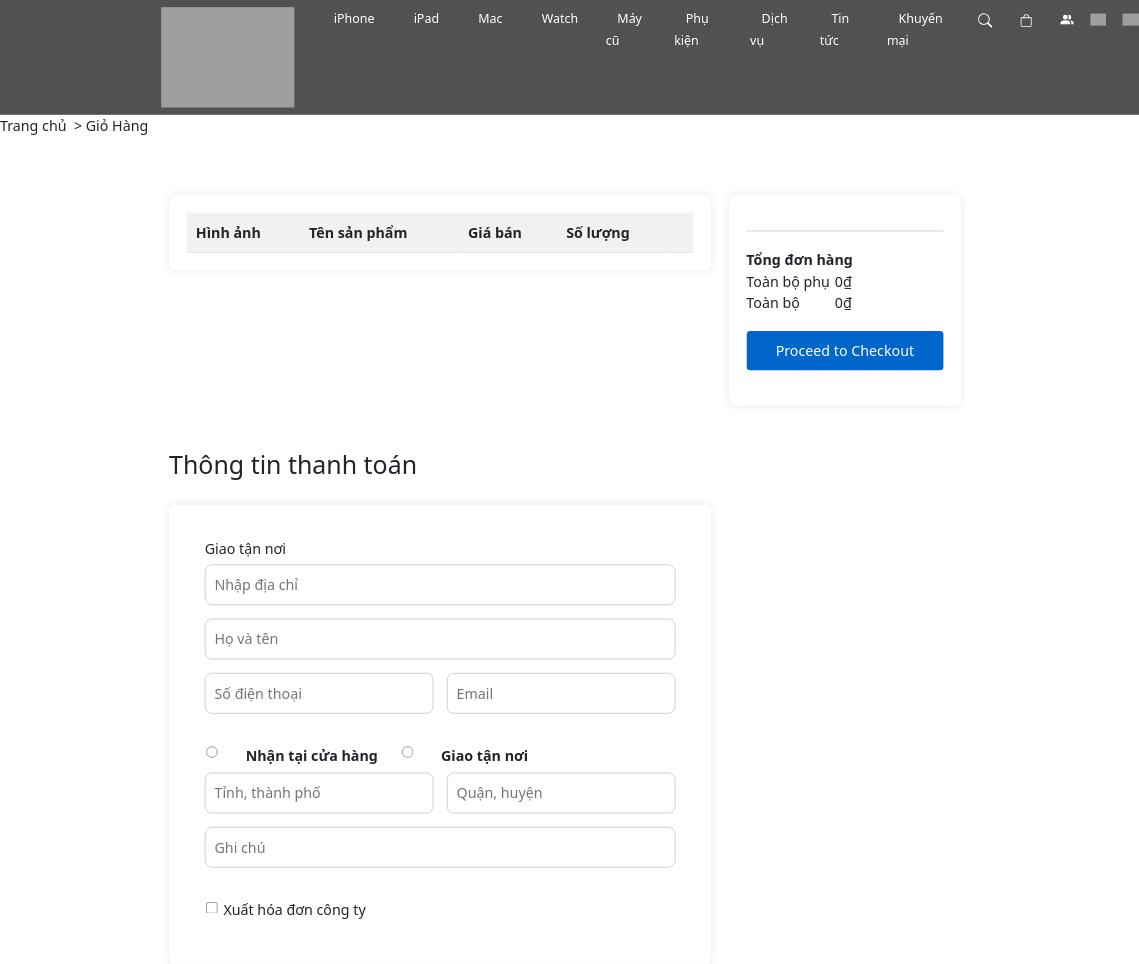
Repository: 20092004nam2k4/FE-ShopDunk
Page: /cart
These files come from the project's save history. The page is drawn as it stood at one moment and after the next save; the edit follows.
The browser window is 1280 px wide. The pictures show the whole page, at 89% of full size.
Pictures or frames that could not be fetched are drawn as grey boxes. The page's requests for data from a server got no answer. The project was rebuilt for these pictures with package versions that can differ from the ones it lists, and the page was loaded fresh each time. No one was signed in, and anything a server would have sent is missing. Also part of the build but not shown: src/component/common/SlideImage.css, src/component/common/SlideImage.js, src/component/product/ProductCart.css, src/component/product/ProductList.js, src/component/product/ProductDetail.css, src/component/product/ProductDetail.js, src/component/user/LoginUser.js, src/component/user/UserProfile.js and 3 more.

Above is the page before, as saved 2024-06-14 12:11:11.

### src/App.js
import React from "react";
import { BrowserRouter as Router, Route, Routes } from "react-router-dom";
import Navbar from "./component/common/Navbar";
import SlideImage from "./component/common/SlideImage";
import ProductList from "./component/product/ProductList";
import CartPage from "./component/cart/CartPage";
import ProductDetail from "./component/product/ProductDetail";
import LoginUser from "./component/user/LoginUser";
import UserProfile from "./component/user/UserProfile";
import { AuthProvider } from "./context/AuthContext";
import RegisterUser from "./component/user/UserRegister";
import CategoryProducts from "./component/product/CategoryProducts"; // Import the new component

function App() {
  return (
    <AuthProvider>
      <Router>
        <div className="App">
          <Navbar />
          <Routes>
            <Route
              path="/"
              element={
                <>
                  <SlideImage />
                  <ProductList />
                </>
              }
            />
            <Route path="/cart" element={<CartPage />} />
            <Route path="/product/:id" element={<ProductDetail />} />
            <Route path="/register" element={<RegisterUser />} />
            <Route path="/login" element={<LoginUser />} />
            <Route path="/profile" element={<UserProfile />} />
            <Route
              path="/category/:categoryId"
              element={<CategoryProducts />}
            />{" "}
            {/* Add this line */}
          </Routes>
        </div>
      </Router>
    </AuthProvider>
  );
}

export default App;

### src/context/AuthContext.js
import React, { createContext, useState, useEffect } from "react";

export const AuthContext = createContext();

export const AuthProvider = ({ children }) => {
  const [isLoggedIn, setIsLoggedIn] = useState(false);
  const [user, setUser] = useState(null);

  useEffect(() => {
    const storedUser = localStorage.getItem("user");
    if (storedUser) {
      setIsLoggedIn(true);
      setUser(JSON.parse(storedUser));
    }
  }, []);

  const login = (userData) => {
    setIsLoggedIn(true);
    setUser(userData);
    localStorage.setItem("user", JSON.stringify(userData));
  };

  const logout = () => {
    setIsLoggedIn(false);
    setUser(null);
    localStorage.removeItem("user");
  };

  return (
    <AuthContext.Provider value={{ isLoggedIn, user, login, logout }}>
      {children}
    </AuthContext.Provider>
  );
};

### src/component/common/Navbar.css
.navbar {
  background-color: #515154;
  padding: 10px;
  position: relative; /* Thêm thuộc tính position relative */
}

.navbar-links {
  list-style: none;
  display: flex;
  justify-content: center;
  max-width: 1400px;
  margin: 0;
padding-left: 150px;
 position: relative; /* Thêm thuộc tính position relative */
  z-index: 1; /* Đảm bảo navbar hiển thị trên cùng */
}

.navbar-links li {
  padding-left: 18px;
}

.navbar-links a {
  color: white;
  text-decoration: none;
  padding: 10px 13px 25px;
  transition: background-color 0.3s;
  font-size: 14px;
}

.navbar-links a:hover {
  background-color: #6a6969;
}

.imageIcon {
  width: 150px;
}

.icon-bag,
.icon-people,
.icon-search {
  color: white;
  height: 30px;
}

.imageIconVN {
  height: 14px;
}

.dropdown-menu {
  position: absolute;
  top: 100%; /* Hiển thị menu dropdown bên dưới navbar */
  left: 0;
  background-color: #515154;
  min-width: 200px; /* Độ rộng tối thiểu của dropdown menu */
  z-index: 10; /* Đảm bảo menu dropdown hiển thị trên cùng */
  box-shadow: 0px 8px 16px rgba(0, 0, 0, 0.2); /* Đổ bóng cho dropdown menu */
  display: none; /* Ẩn dropdown menu mặc định */
}

.dropdown-menu.active {
  display: block; /* Hiển thị dropdown menu khi active */
}

.dropdown-menu a {
  color: white;
  text-decoration: none;
  padding: 15px;
  display: block;
  transition: background-color 0.3s;
}

.dropdown-menu a:hover {
  background-color: #7f7d7d;
}

### src/component/cart/CartPage.css
/* General styles for the cart page */
.tong {
    display: flex;
    justify-content: center;
    align-items: flex-start;
    padding-top: 50px;
    padding-left: 90px;
    padding-right: 100px;
    gap: 20px; /* Add gap between left and right sections */
    margin: 0 100px; /* Adjust left and right margins to 100px */
    max-width: 1400px; /* Set a maximum width for the container */
}

.left {
    width: 70%; /* Increase width to 70% */
    background-color: #fff; /* Add background color for clarity */
    padding: 20px; /* Add padding for spacing */
    box-shadow: 0 0 10px rgba(0, 0, 0, 0.1); /* Add box shadow for aesthetics */
    border-radius: 8px; /* Add border radius for rounded corners */
}

.right {
    width: 30%; /* Adjust width to 30% */
    background-color: #fff; /* Add background color for clarity */
    padding: 20px; /* Add padding for spacing */
    box-shadow: 0 0 10px rgba(0, 0, 0, 0.1); /* Add box shadow for aesthetics */
    border-radius: 8px; /* Add border radius for rounded corners */
}

.table-wrapper {
    overflow-x: auto;
    margin-bottom: 20px;
}

.cart {
    width: 100%;
    border-collapse: collapse;
}

.cart th,
.cart td {
    padding: 10px;
    text-align: left;
    border-bottom: 1px solid #ddd;
}

.cart th {
    background-color: #f1f1f1;
}

.cart img {
    max-width: 80px;
    height: auto;
}

.product-name {
    font-weight: bold;
    color: #333;
    text-decoration: none;
}

.product-name:hover {
    text-decoration: underline;
}

.attributes {
    font-size: 14px;
    color: #555;
}

.edit-item a {
    font-size: 14px;
    color: #0066cc;
}

.unit-price,
.subtotal {
    font-weight: bold;
    color: #333;
}

.qty-input {
    width: 40px;
    text-align: center;
    border: 1px solid #ddd;
    padding: 5px;
    margin: 0 5px;
}

.remove-btn {
    background: none;
    border: none;
    color: red;
    cursor: pointer;
}

.cart-options {
    margin-top: 20px;
}

.button {
    padding-top: 10px;
    display: inline-flex;
    float: right;
}

.common-buttons .button-2 {
    background-color: #5f5c5c;
    color: white;
    border: none;
    padding: 10px 20px;
    cursor: pointer;
    margin-right: 10px;
    border-radius: 5px;
}

.common-buttons .button-2:hover {
    background-color: #005bb5;
}

.footerMain {
    padding: 40px 0;
}

.footerMain .text-uppercase {
    text-transform: uppercase;
}

.footerMain .fw-bold {
    font-weight: bold;
}

.footerMain p {
    margin: 0;
    padding: 5px 0;
}

.footerMain a {
    color: #ffffff;
    text-decoration: none;
}

.footerMain a:hover {
    text-decoration: underline;
}

/* Styles for deals section */
.deals {
    margin-bottom: 20px;
}

/* Styles for coupon box */
.coupon-box {
    border: 1px solid #ccc;
    padding: 15px;
    background-color: #f9f9f9;
    width: 100%; /* Adjust width to 100% */
    box-sizing: border-box; /* Ensure padding is included in width */
    border-radius: 8px; /* Add border radius for rounded corners */
    box-shadow: 0 2px 4px rgba(0, 0, 0, 0.1); /* Add subtle shadow */
    margin-bottom: 20px; /* Add space below the coupon box */
}

.title {
    font-weight: bold;
    font-size: 18px;
    color: #333;
    margin-bottom: 10px; /* Add space below the title */
}

.hint {
    margin-top: 5px;
    color: #666;
    font-size: 14px;
}

/* Styles for coupon code input */
.coupon-code input {
    width: calc(100% - 20px); /* Adjust width to fit within the coupon box */
    margin-top: 10px;
    padding: 10px;
    border: 1px solid #ccc;
    border-radius: 4px; /* Add border radius */
    box-sizing: border-box; /* Ensure padding is included in width */
}

/* Styles for apply button */
.apply-discount-coupon-code-button {
    margin-top: 10px;
    padding: 10px;
    background-color: #0066CC;
    color: #fff;
    border: none;
    border-radius: 4px; /* Add border radius */
    cursor: pointer;
    width: 100%; /* Make button full-width */
}

.apply-discount-coupon-code-button:hover {
    background-color: #005bb5; /* Darken button color on hover */
}

/* Styles for totals section */
.totals {
    border-top: 1px solid #ccc;
    padding-top: 20px;
    margin-top: 20px;
}

/* Styles for total info */
.total-info {
    margin-bottom: 20px;
}

/* Styles for left side of total row */
.cart-total-left {
    padding-right: 10px;
    font-weight: bold;
}

/* Styles for total value */
.value-summary {
    font-weight: bold;
}

/* Styles for checkout buttons */
.checkout-buttons {
    margin-top: 20px;
}

/* Styles for checkout button */
.checkout-button {
    padding: 10px 20px;
    background-color: #0066CC;
    color: #fff;
    border: none;
    border-radius: 4px; /* Add border radius */
    cursor: pointer;
    width: 100%; /* Make button full-width */
    text-align: center; /* Center text */
}

.checkout-button:hover {
    background-color: #005bb5; /* Darken button color on hover */
}

/* Styles for note */
.note-ck {
    margin-top: 10px;
    font-size: 12px;
    color: red;
}
.remove-button {
    background: none;
    border: none;
    cursor: pointer;
    color: rgb(98, 97, 97); /* Customize as needed */
    font-size: 1.2em; /* Customize size as needed */
  }
  .tittle-header{
    margin-top: 20px;
    margin-left: 150px;
    background-color: #f1f1f1;
    margin-right: 200px;
    margin-bottom: -30px;
    padding-left: 15px;
  }
  .enter-address {
    padding: 20px;
}
.edit-address {
    margin-top: 20px;
}
.edit-address input[type="text"],
.edit-address select {
    width: 100%;
    padding: 10px;
    margin-bottom: 10px;
    border: 1px solid #ccc;
    border-radius: 5px;
}
.edit-address label {
    display: block;
    margin-bottom: 5px;
    font-weight: bold;
}
.edit-address input[type="radio"],
.edit-address label {
    margin-right: 10px;
}
.edit-address span {
    display: block;
    margin-top: 5px;
    font-style: italic;
}
.bg-white {
    background-color: #fff;
}
.left {
    width: 70%; /* Increase width to 70% */
    background-color: #fff; /* Add background color for clarity */
    padding: 20px; /* Add padding for spacing */
    box-shadow: 0 0 10px rgba(0, 0, 0, 0.1); /* Add box shadow for aesthetics */
    border-radius: 8px; /* Add border radius for rounded corners */
  }

  .tong-bot {
    display: flex;
    align-items: flex-start;
    gap: 20px; /* Add gap between left and right sections */
    margin: 0 100px; /* Adjust left and right margins to 100px */
    max-width: 1370px; /* Set a maximum width for the container */
    display: flex;
    align-items: flex-start;
    padding-top: 20px;
    padding-left: 90px;
    padding-right: 120px;
    gap: 20px; /* Add gap between left and right sections */
}

  .enter-address {
    display: flex;
    flex-direction: column;
  }

  .enter-address input,
  .enter-address select {
    width: 100%;
    margin-bottom: 15px;
    padding: 10px;
    border: 1px solid #ccc;
    border-radius: 8px;
  }

  .half-inputs {
    display: flex;
    gap: 15px;
  }

  .edit-address .delivery-method {
    display: flex;
    gap: 15px;
  }

  .edit-address input[type="checkbox"] {
    transform: scale(0.8);
    border-radius: 50%; /* Make the checkboxes round */
    width: 16px; /* Adjust the width */
    height: 16px; /* Adjust the height */
  }
  .edit-address input[type="radio"] {
    transform: scale(0.8);
    border-radius: 10%; /* Make the checkboxes round */
    width: 16px; /* Adjust the width */
    height: 16px; /* Adjust the height */
  }

  .edit-address .delivery-method input[type="checkbox"] {
    vertical-align: middle; /* Align checkboxes vertically */
  }
  .edit-address .delivery-method input[type="radio"] {
    vertical-align: middle; /* Align checkboxes vertically */
  }

  .edit-address .delivery-method label {
    vertical-align: middle; /* Align labels vertically */
    margin-left: 5px; /* Add space between checkbox and label */
  }
  .thanhtoan{
    padding-left: 190px;
    margin-top: 50px;
  }

### src/component/user/Login.css
body {
    font-family: sans-serif;
    /* display: flex; */
    justify-content: center;
    align-items: center;
    min-height: 100vh;
    background-color: #f5f5f5;
  }
  .userName-login{
    margin-top: 25px;
  }



  .left-side {
    width: 50%;
    display: flex;
    justify-content: center;
    align-items: center;
    margin-top: 90px;
  }

  .right-side {
    width: 50%;
    padding: 20px;
    margin-top: 90px;
  }

  .left-side img {
    width: 100%;
    max-width: 600px;
    height: 350px;
  }

  h2 {
    margin-bottom: 20px;
  }

  input[type="text"],
  input[type="password"] {
    width: 100%;
    padding: 10px;
    margin-bottom: 15px;
    border: 1px solid #ddd;
    border-radius: 10px;
    box-sizing: border-box;
  }

  input[type="checkbox"] {
    margin-right: 5px;
  }

  button {
    background-color: #007bff;
    color: #fff;
    padding: 10px 20px;
    border: none;
    border-radius: 3px;
    cursor: pointer;
    width: 100%;
  }

  .link {
    display: block;
    text-align: center;
    margin-top: 15px;
    color: #007bff;
    text-decoration: none;
  }

  .footerMain{
margin-top: 200px;
  }
  .textFooter{
    padding-left: 200px !important;
  }
  .textToRegister{
    margin-top: 15px;
  }

### src/component/user/UserProfile.css
    /* Reset CSS */
    * {
        box-sizing: border-box;
        margin: 0;
        padding: 0;
    }

    body {
        font-family: Arial, Helvetica, sans-serif;
        background-color: #f5f5f7; /* Updated background color */
    }

    .page-container {
        padding: 20px;
        background-color: #f5f5f7; /* Background color for the page */
    }

    .container {
        display: flex;
        justify-content: space-between;
        margin: 30px auto;
        width: 80%;
        /* gap: 30px;  */
    }

    .navigation {
        width: 25%;
        background-color: #fff;
        padding: 20px;
        border-radius: 10px;
        border: 1px solid #ddd; /* Border for left div */
        box-shadow: 0 0 10px rgba(0, 0, 0, 0.1); /* Optional: for a subtle shadow effect */
        margin-left: 50px;
    }

    .navigation ul {
        padding-left: 0; /* Reset padding */
        list-style: none; /* Remove bullet points */
    }

    .navigation li {
        padding: 10px 0;
        border-bottom: 1px solid #ddd;
    }

    .navigation li:last-child {
        border-bottom: none;
    }

    .navigation li a {
        color: #333;
        text-decoration: none;
        display: flex;
        align-items: center;
    }

    .navigation li a i {
        margin-right: 10px;
        font-size: 1.2em;
    }

    .form {
        width: calc(70% - 100px); /* Reduced width by 100px */
        background-color: #fff;
        padding: 20px;
        border-radius: 10px;
        border: 1px solid #ddd; /* Border for right div */
        box-shadow: 0 0 10px rgba(0, 0, 0, 0.1); /* Optional: for a subtle shadow effect */
        display: flex;
        flex-direction: column;
        height: calc(100% + 70px); /* Increased height by 70px */
        margin-right: 90px;
    }

    .form-row {
        display: flex;
        justify-content: space-between;
        align-items: center;
        margin-bottom: 15px;
    }

    .form-row label {
        flex: 1;
    }

    .form-row input,
    .form-row select {
        flex: 2;
        padding: 10px;
        border: 1px solid #ddd;
        border-radius: 5px;
    }

    .form-row .input-group {
        display: flex;
        flex-direction: column;
        margin-bottom: 15px;
    }

    .form-row .input-group input {
        margin-top: 10px;
    }

    .input-email {
        padding-left: 20px;
    }

    .input-gender {
        display: flex;
        align-items: center;
        padding-left: 20px;
    }

    .input-gender > div {
        display: flex;
        align-items: center;
        margin-right: 20px;
    }

    .input-gender label {
        margin-left: 5px;
        margin-right: 15px; /* Adjust spacing between the labels and inputs */
    }

    .form-row.birthday-row {
        display: flex;
        justify-content: space-between;
        align-items: center;
        margin-bottom: 15px;
    }

    .form-row.birthday-row label {
        flex: 1;
    }

    .form-row.birthday-row select {
        flex: 1;
        padding: 10px;
        border: 1px solid #ddd;
        border-radius: 5px;
    }

    .form button {
        background-color: #0066cc;
        color: white;
        padding: 10px 20px;
        border: none;
        border-radius: 5px;
        cursor: pointer;
        width: 124px;
        height: 43px;
        margin: 0 auto; /* Add this line to center the button */
        margin-top: 10px;
    }

    .newsletter {
        text-align: center;
        margin-top: 50px;
    }

    .footerMain {
        text-align: center;
        background-color: #333;
        color: #fff;
        padding: 10px 0;
    }

    .newsletter .input-group {
        width: auto;
        display: inline-flex;
        border-radius: 20px;
        margin-top: 20px;
    }

    .newsletter .input-group .form-control {
        width: 500px;
        height: 50px;
        border-radius: 20px;
    }

    .newsletter .input-group .btn {
        width: 100px;
        background-color: #0066cc;
        color: white;
        border: none;
        border-radius: 20px;
        height: 50px;

    }

    .text-email {
        margin-top: 21px;
    }
    .radio-male{
        margin-left: -48px;

    }
    .text-user{
        margin-right: 580px;
        padding-top: 17px;
    }
    .text-male{
        padding-top: 9px;
    margin-right: 234px;
    }
    .text-female{
        padding-top: 8px;
    }
    .email-info{
        padding-top: 10px;
    }
    .email-text{
        margin-bottom: 24px;
    }

Loaded but not shown: public/index.html (common file); src/index.js (common file); src/component/cart/CartPage.js (246 lines, source omitted); src/component/common/Navbar.js (93 lines, source omitted)

After the next save:
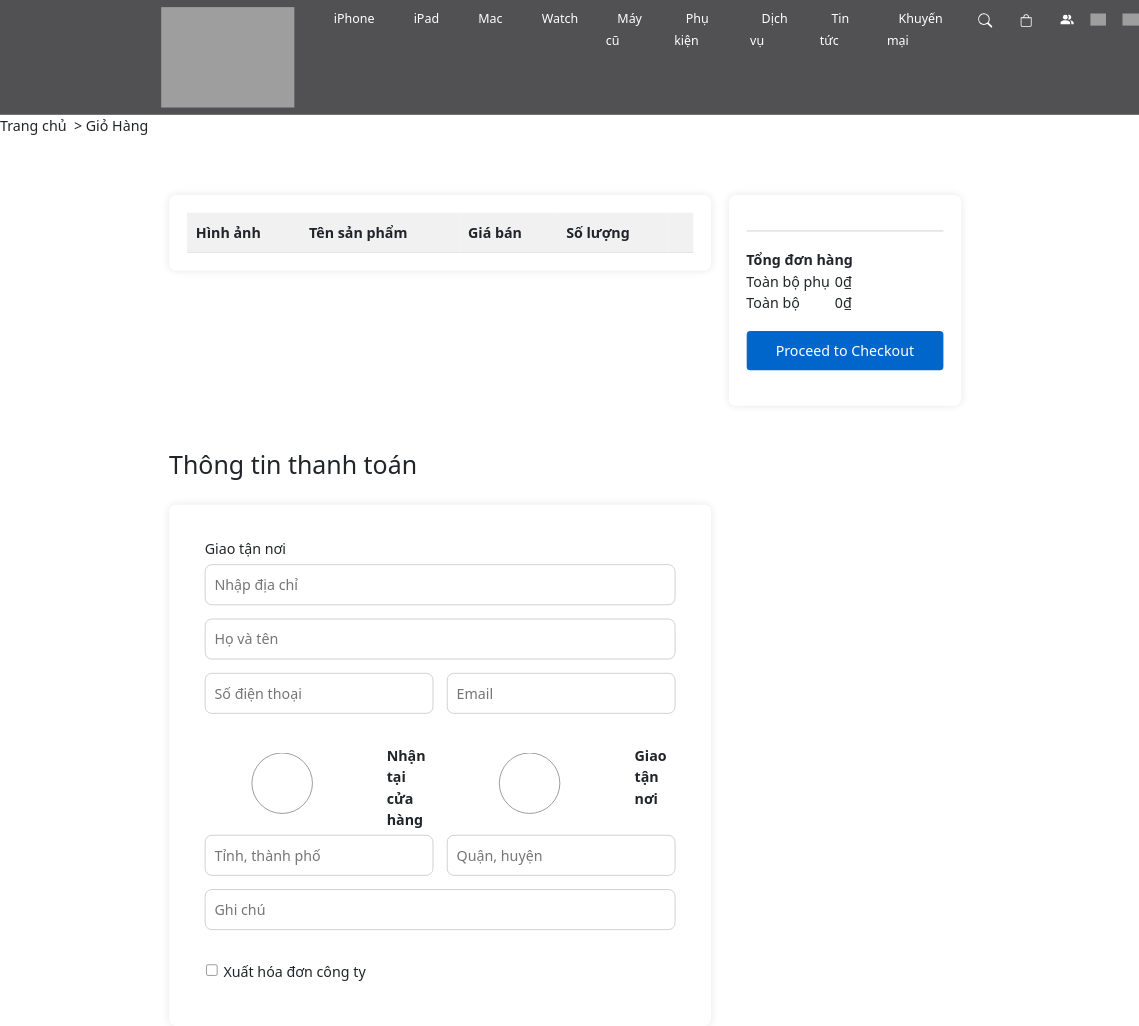
Saved 9 s later.
--- a/src/component/cart/CartPage.css
+++ b/src/component/cart/CartPage.css
@@ -351,8 +351,7 @@
   .edit-address input[type="radio"] {
     transform: scale(0.8);
     border-radius: 10%; /* Make the checkboxes round */
-    width: 16px; /* Adjust the width */
-    height: 16px; /* Adjust the height */
+
   }
 
   .edit-address .delivery-method input[type="checkbox"] {

After the save that followed:
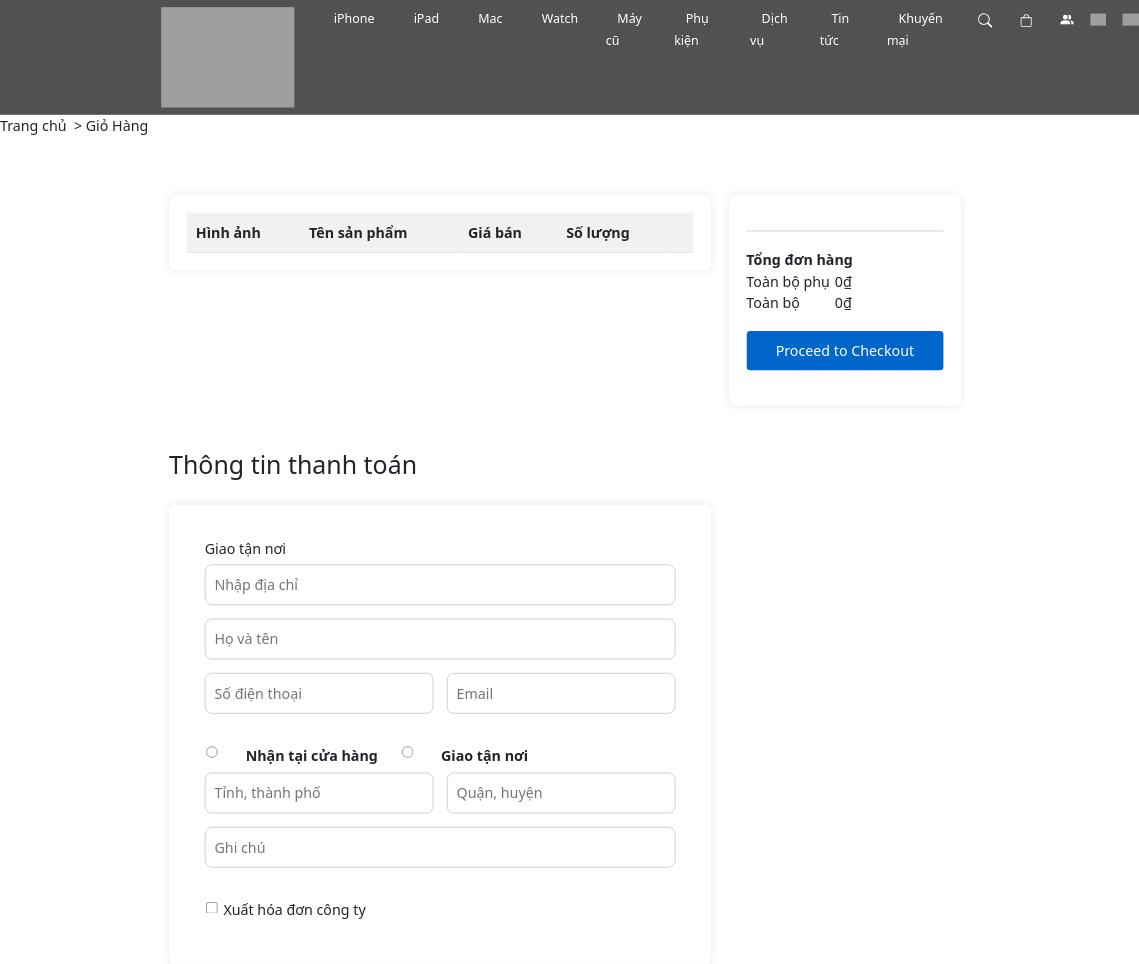
Saved 5 s later.
--- a/src/component/cart/CartPage.css
+++ b/src/component/cart/CartPage.css
@@ -351,7 +351,8 @@
   .edit-address input[type="radio"] {
     transform: scale(0.8);
     border-radius: 10%; /* Make the checkboxes round */
-
+    width: 16px; /* Adjust the width */
+    height: 16px; /* Adjust the height */
   }
 
   .edit-address .delivery-method input[type="checkbox"] {
